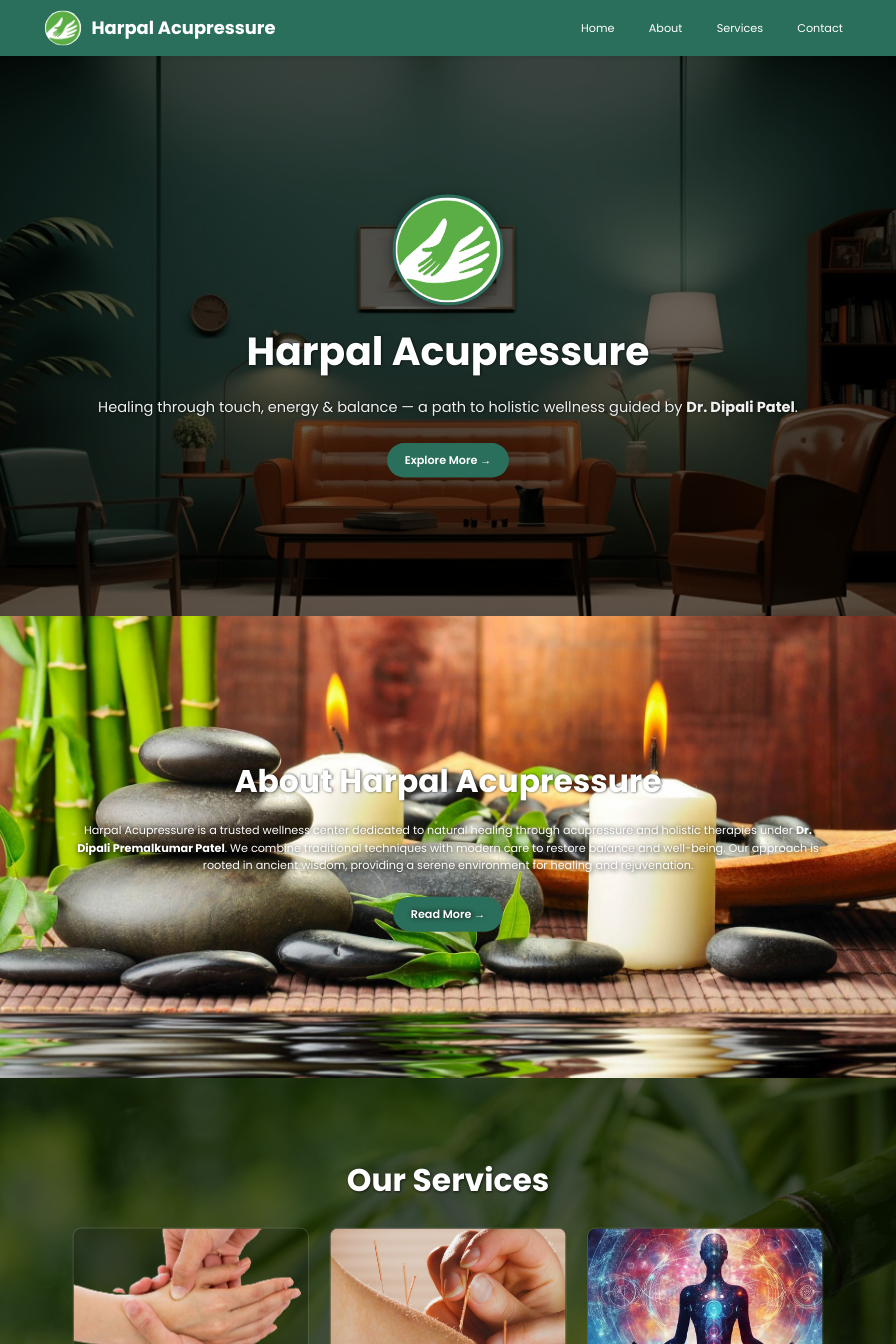
Repository: swasthiik/my-websites
Page: index.html
An editor plug-in stored every save of this project. The page is shown before and after the next save, followed by the edit.
The browser window is 1280 px wide. The pictures show the part of the page from y = 0 to 1920 px (the page is 4473 px tall), at 70% of full size.
Backgrounds fixed to the window are drawn as part of the page.

Above is the page before, as saved 2025-11-03 11:08:31.

After the next save:
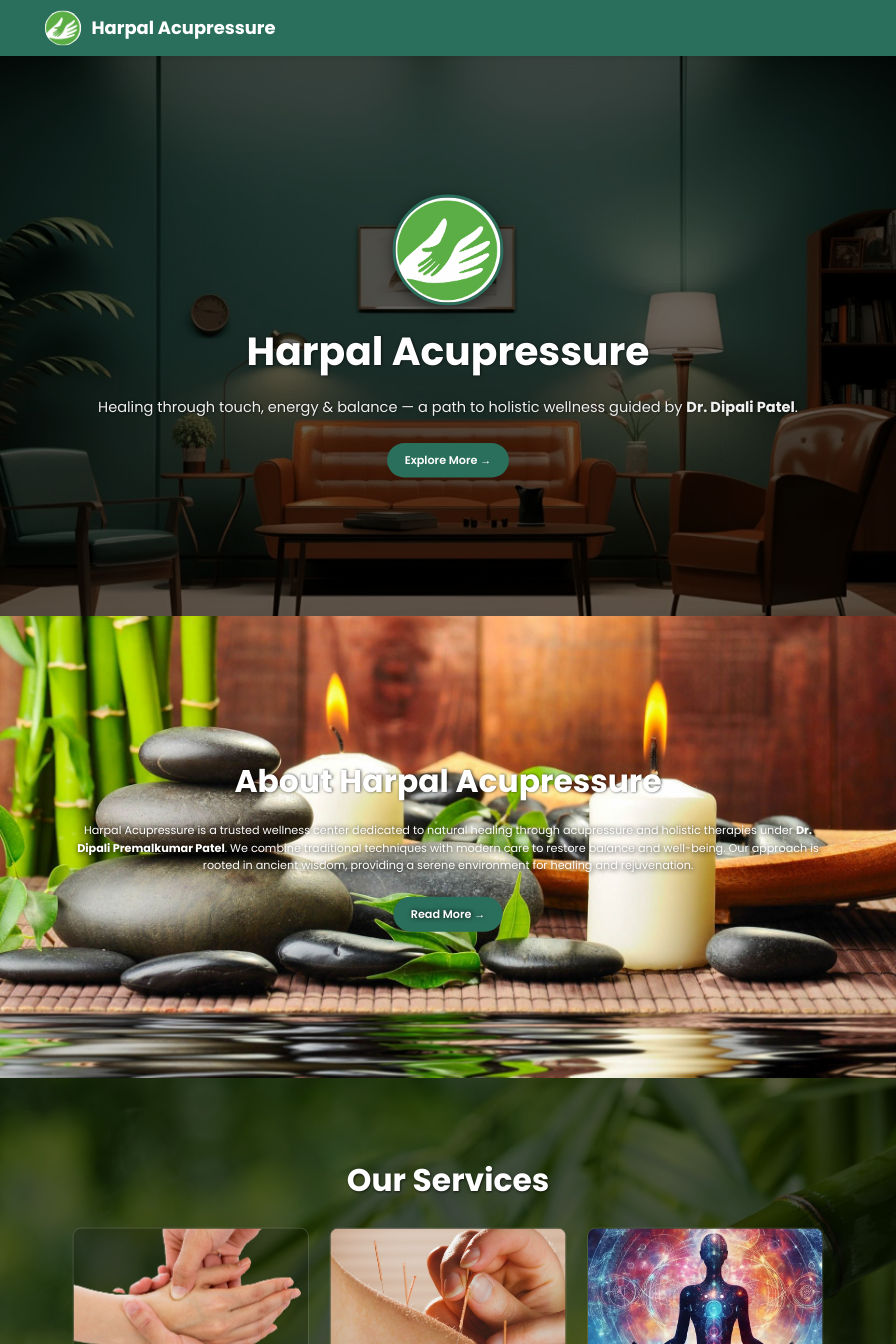
Saved 32 min 56 s later.
--- a/style.css
+++ b/style.css
@@ -217,3 +217,32 @@ section::before { content: ''; position: absolute; inset: 0; background-color: r
         justify-content: center;
     }
 }
+/* ====== MOBILE MENU FIX ====== */
+.nav-menu {
+  display: none;
+}
+
+.nav-menu.active {
+  display: flex;
+  flex-direction: column;
+  position: fixed;
+  top: 0;
+  right: 0;
+  width: 100%;
+  height: 100vh;
+  background-color: rgba(0, 0, 0, 0.9);
+  justify-content: center;
+  align-items: center;
+  z-index: 9999;
+}
+
+/* Hide hamburger when menu is open */
+#menu-button.open {
+  display: none;
+}
+
+/* Make sure menu button is always clickable above background */
+#menu-button {
+  position: relative;
+  z-index: 10000;
+}
